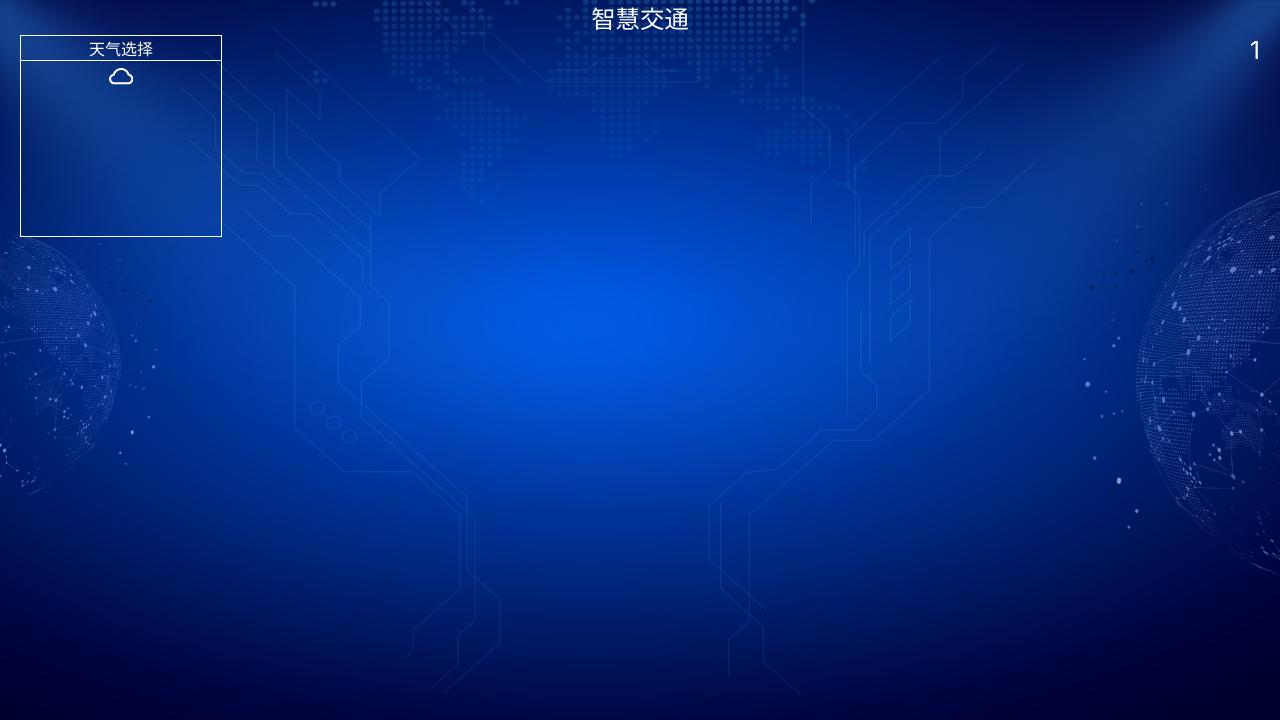
Repository: lizzie7d/smart-traffic
Page: /
The author's editor kept a copy of each file at every save. The page is drawn from the files as they stood at one save, then again after the next save.
The browser window is 1280 px wide. The pictures show the whole page.
The project was rebuilt for these pictures with package versions that can differ from the ones it lists, and the page was loaded fresh each time.

Above is the page before, as saved 2023-04-11 17:35:16.

### src/App.js
import "./App.css";
import MainPage from "./pages/main";

function App() {
  return (
    <div className="App">
      <header className="App-header"></header>
      <content className="App-content">
        <MainPage />
      </content>
    </div>
  );
}

export default App;

### src/App.css
.App {
  text-align: center;
}


.App-content {
  /* background-color: #282c34; */
  min-height: 100vh;
  display: flex;
  background-image: url(./assets/bg-image.png);
background-repeat: no-repeat;
background-size: 100%;
  flex-direction: column;
  font-size: calc(10px + 2vmin);
  color: white;
}


.App-link {
  color: #61dafb;
}

@keyframes App-logo-spin {
  from {
    transform: rotate(0deg);
  }
  to {
    transform: rotate(360deg);
  }
}

### src/pages/main.jsx
import React from 'react';
import './style.css'
import DetailSection from '../component/DetailSection/detail';
const MainPage = () => {
    return (
        <div className="main-container">
            <div className="main-title">
                智慧交通

            </div>
            <div className="main-content">
                <div>
                    <DetailSection />
                </div>
                <div>1</div>
            </div>
        </div>
    )
}
export default MainPage;

### src/pages/style.css
.main-container{

height: 100%;
width: 100%;
}

.main-content{
    padding: 0px 20px;
    display: flex;
    flex-direction: row;
    justify-content: space-between;
    gap: 10px;
}

.detail-section{
    border: 1px solid #fff;
    height: 200px;
    width: 200px;
}

.detail-title{
    font-size: 16px;
    border-bottom: 1px solid #fff;
}

### src/component/DetailSection/detail.jsx
import { CloudOutlined } from "@ant-design/icons";

const DetailSection = () => {
    return (
        <div className="detail-section">
            <div className='detail-title'>天气选择</div>
            <CloudOutlined />
        </div>
    )
}
export default DetailSection;

Loaded but not shown: public/index.html (common file); src/index.js (common file); src/index.css (common file); src/reportWebVitals.js (common file)

After the next save:
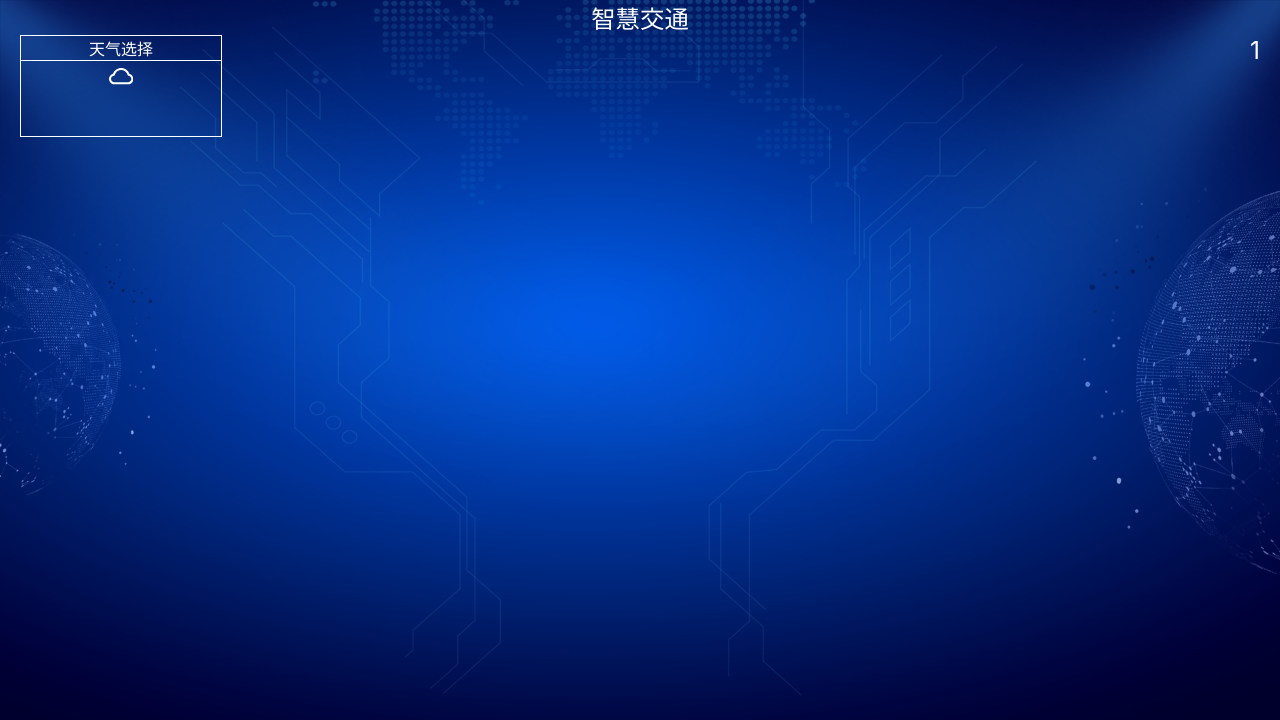
Saved 110 s later.
--- a/src/pages/style.css
+++ b/src/pages/style.css
@@ -14,7 +14,7 @@ width: 100%;
 
 .detail-section{
     border: 1px solid #fff;
-    height: 200px;
+    height: 100px;
     width: 200px;
 }
 
